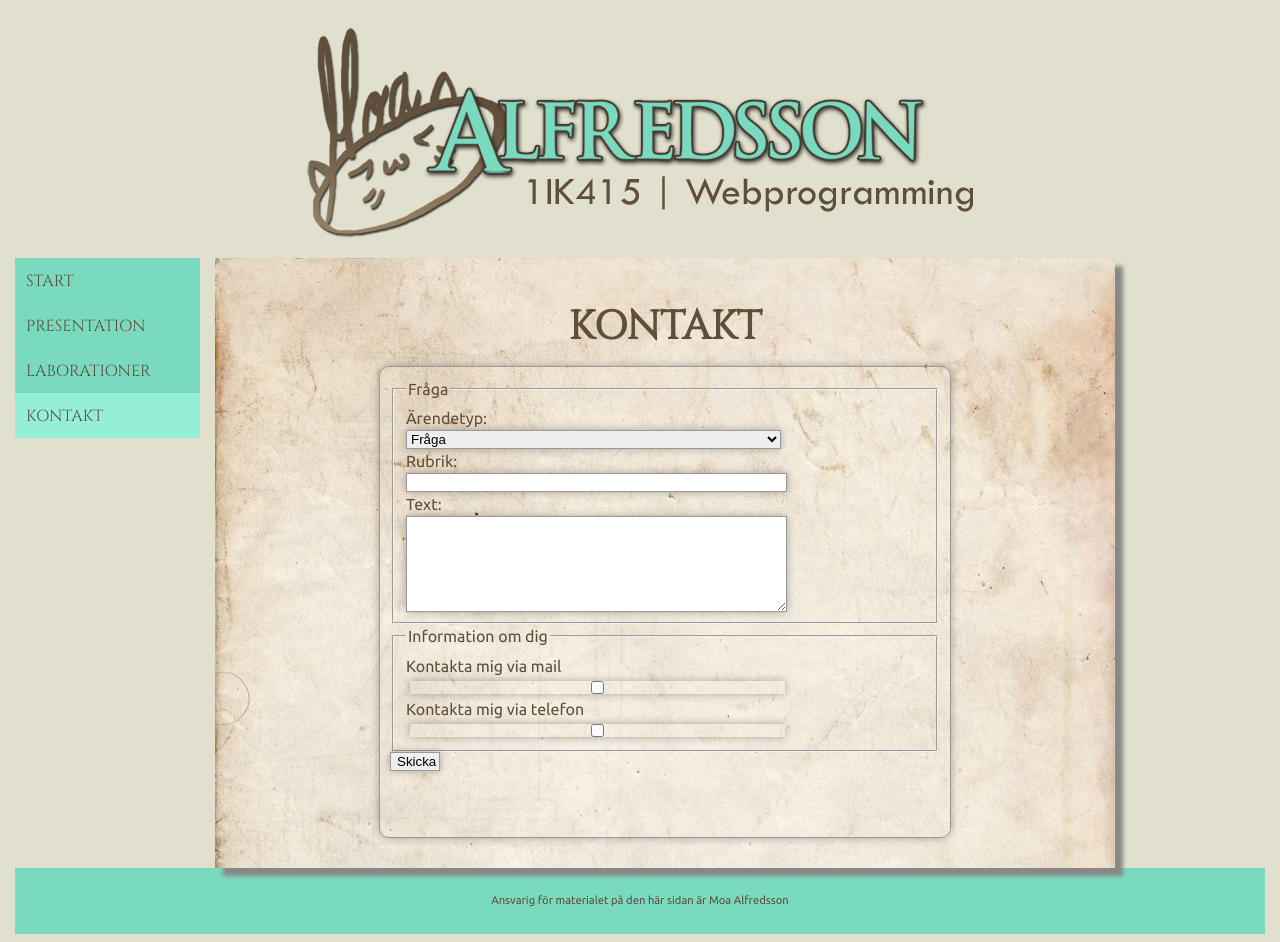
Repository: ma223md/1ik415
Page: pages/kontakt.html
The author's editor kept a record of every edit. The page is drawn from the files as they stood at one moment, then again after the next edit.
The browser window is 1280 px wide. The pictures show the whole page.

Above is the page before.

After the next edit:
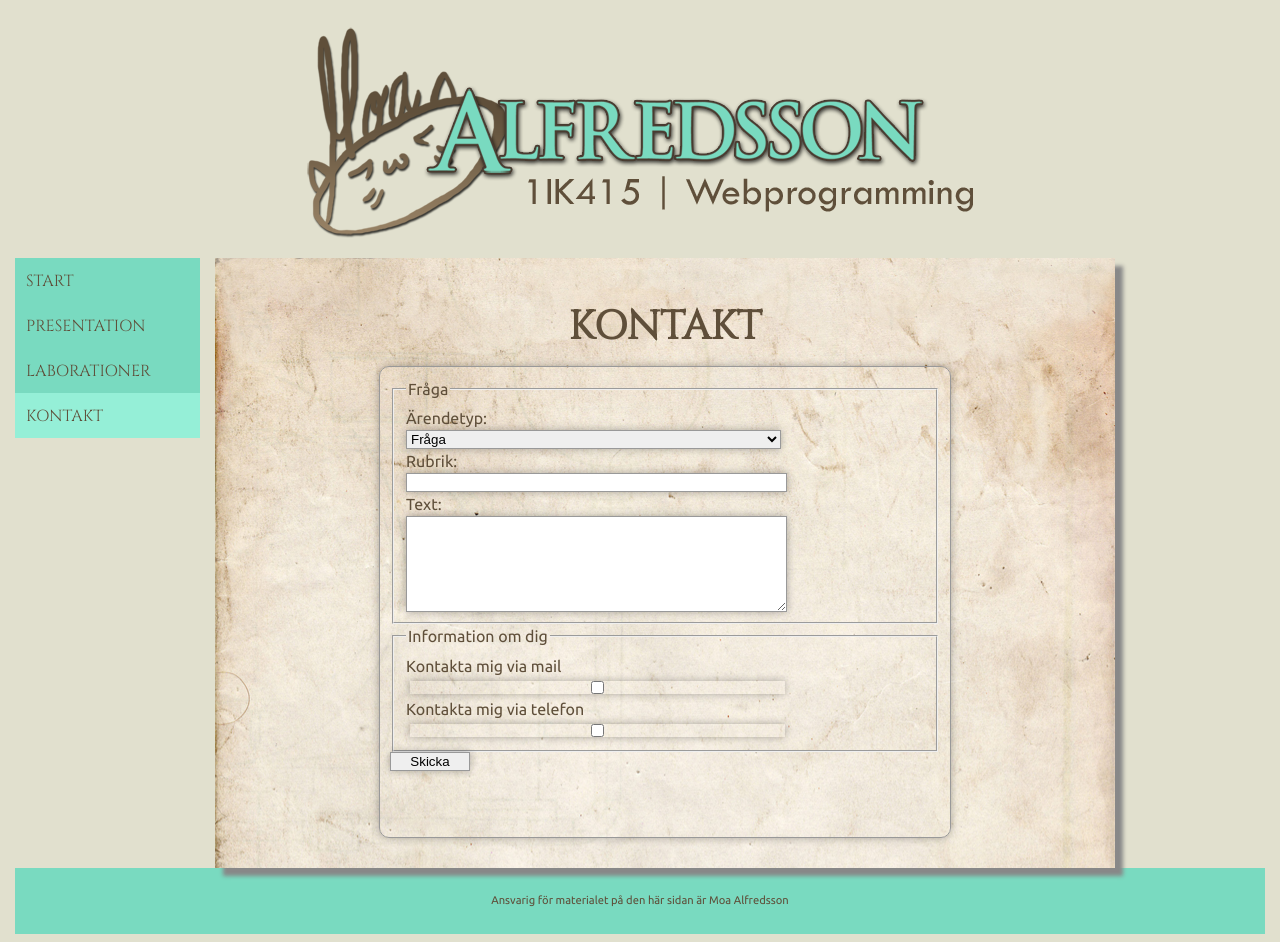
The edit:
--- a/css/style2.css
+++ b/css/style2.css
@@ -169,7 +169,7 @@
 
 .button
 {
-    width:50px;
+    width:80px;
 }
 
 /* Placerar footer under kolumnerna */
